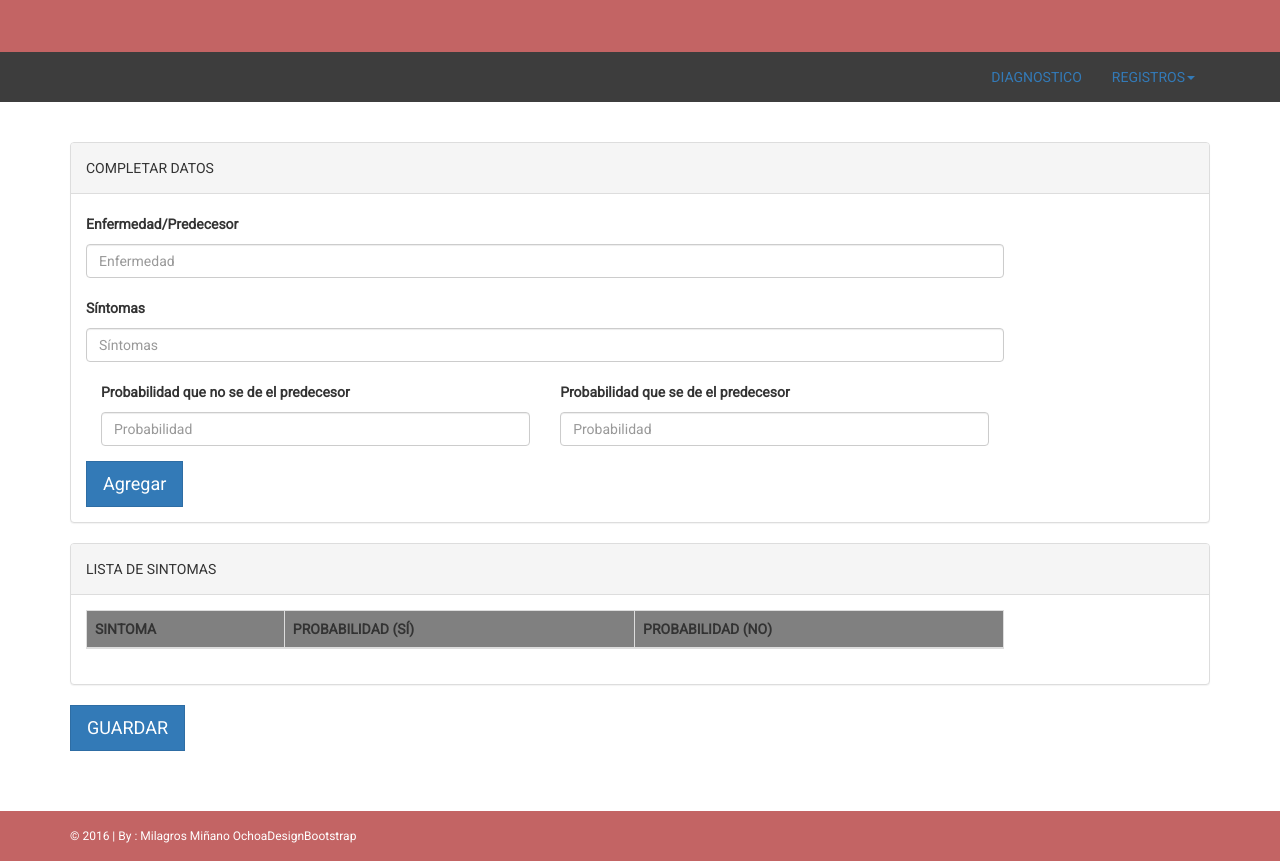
Repository: Mili10/PROYECTOII
Page: http://localhost/Capa_Presentación/frmRegistroSintoma.jsp
An editor plug-in stored every save of this project. The page is shown before and after the next save, followed by the edit.
The browser window is 1280 px wide. The pictures show the whole page.
The page is served by Tomcat 9.

Above is the page before, as saved 2016-05-16 07:02:25.

After the next save:
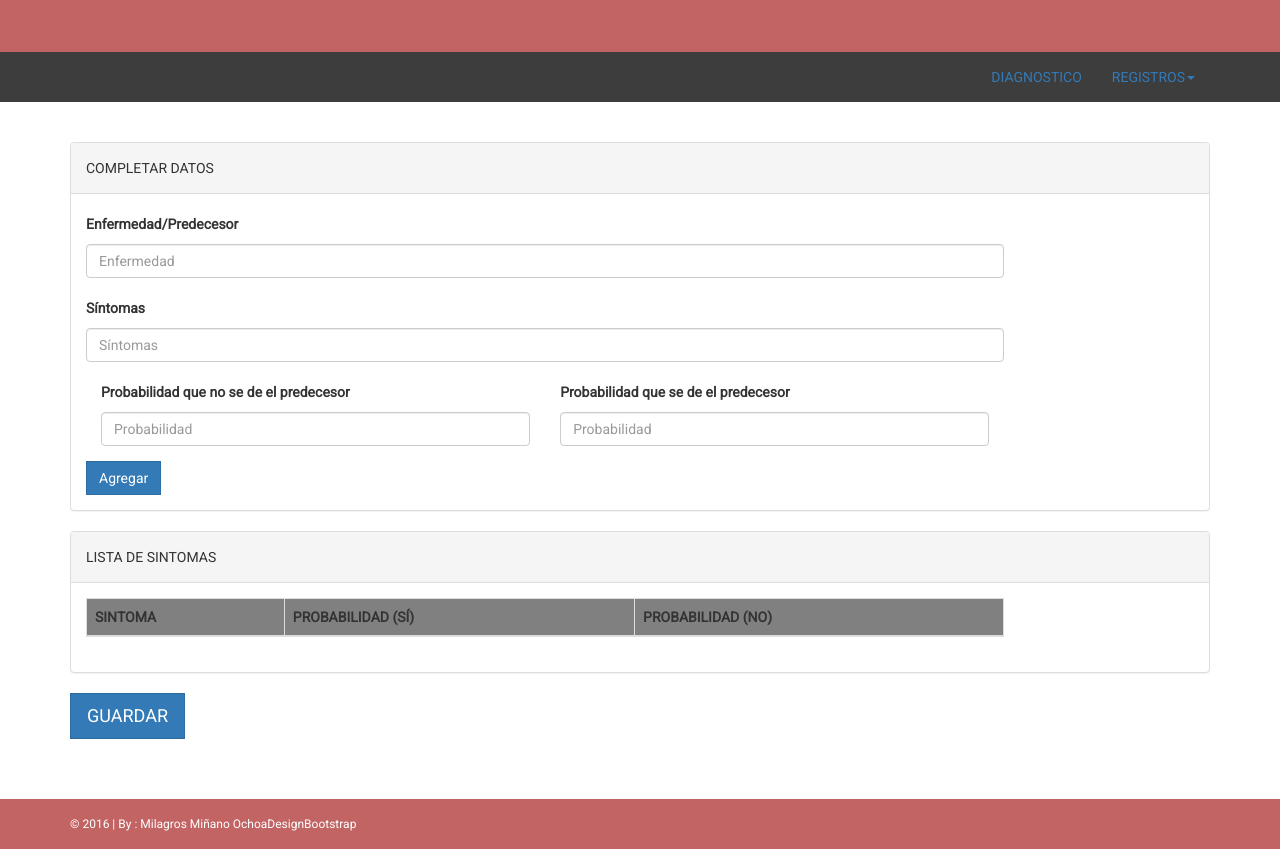
Saved 2 min 49 s later.
--- a/sistema_experto_web/Capa_Presentación/WebContent/frmRegistroSintoma.jsp
+++ b/sistema_experto_web/Capa_Presentación/WebContent/frmRegistroSintoma.jsp
@@ -41,7 +41,7 @@
 						    <input class="form-control" placeholder="Probabilidad">
 						  </div>
 						  </div>
-						  <button class="btn btn-primary btn-lg" data-toggle="modal" data-target="#myModal">
+						  <button class="btn btn-primary" data-toggle="modal" data-target="#myModal">
                               Agregar
                             </button>
 						 </form>
